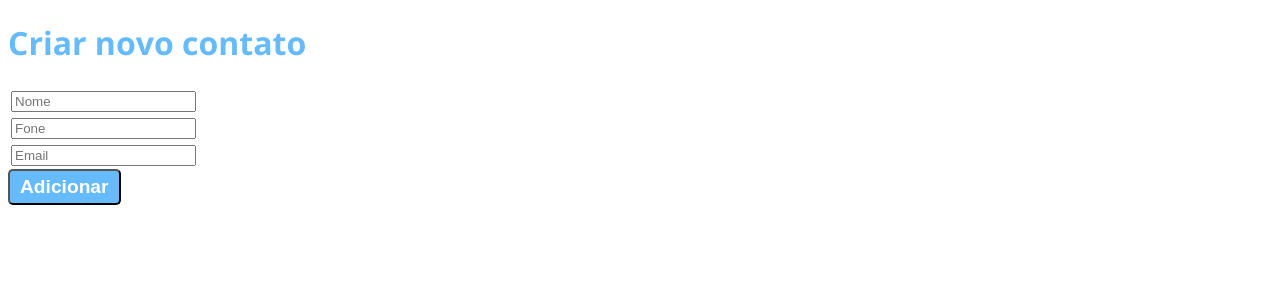
Repository: sergiotales1/agendactt-java
Page: http://localhost/agenda/novo.html
These files come from the project's save history. The page is drawn as it stood at one moment and after the next save; the edit follows.
The browser window is 1280 px wide. The pictures show the whole page.
The page is served by Tomcat 9.

Above is the page before, as saved 2023-11-25 18:44:51.

After the next save:
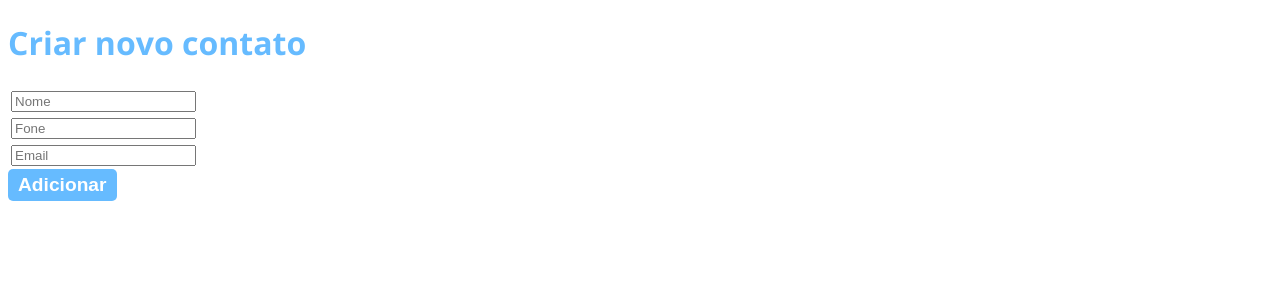
Saved 34 s later.
--- a/agenda/src/main/webapp/style.css
+++ b/agenda/src/main/webapp/style.css
@@ -19,4 +19,6 @@ h1{
 	font-size: 1.2em;
 	font-weight: 700;
 	border-radius: 5px;
+	border: 0;
+	cursor: pointer;
 }
